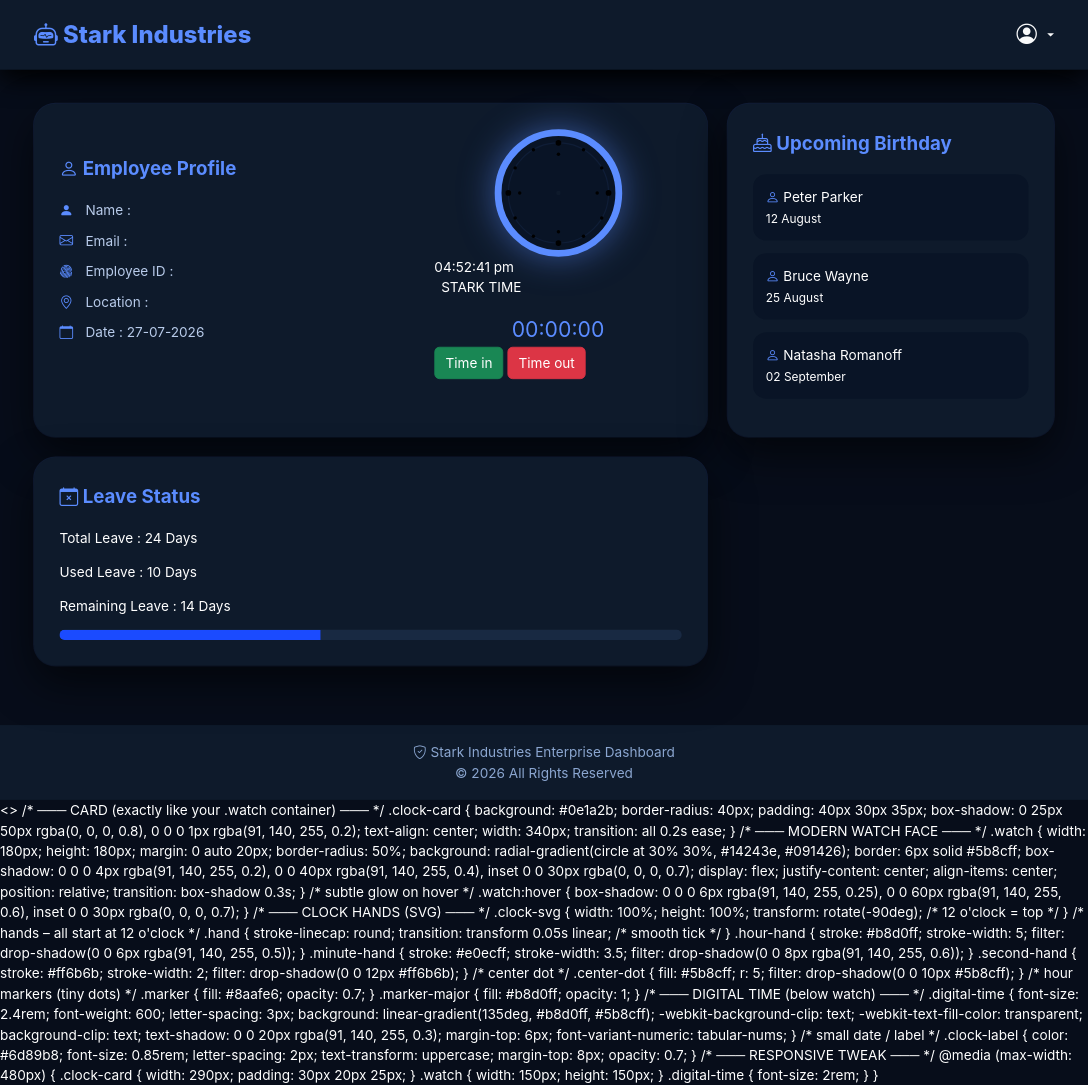
Repository: abhinav050799/office-management-
Page: resources/views/dashboard.blade.php
An editor plug-in stored every save of this project. The page is shown before and after a run of saves, followed by the edit.
The browser window is 1280 px wide. The pictures show the whole page, at 85% of full size.
The page is served by the project's Laravel application, run on PHP 8.4 with Laravel 12. The template is opened directly, without the code that normally fills it, so the values that code supplies are empty.

Above is the page before, as saved 2026-07-27 17:11:34.

After the next 3 saves:
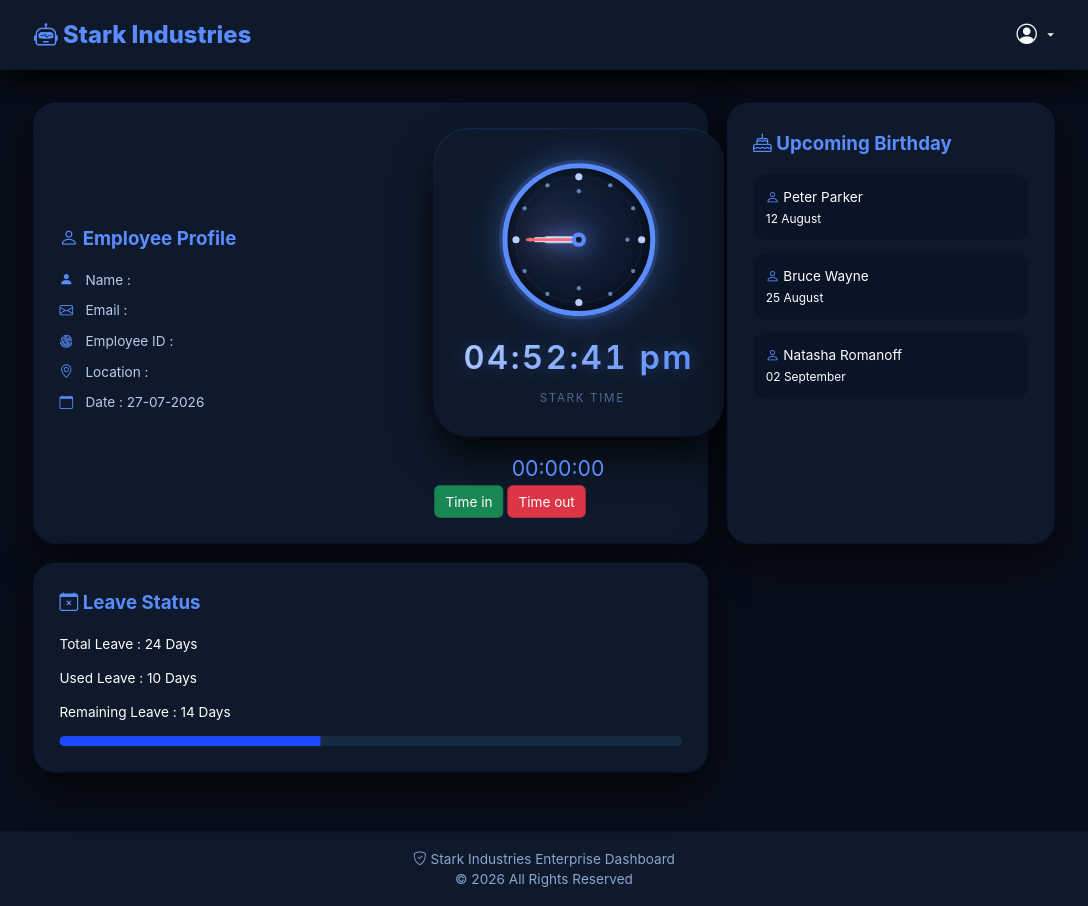
The 3 saves are shown as one change because they came seconds apart.
The last was saved 14 s later.
--- a/resources/views/dashboard.blade.php
+++ b/resources/views/dashboard.blade.php
@@ -349,8 +349,7 @@
     </script>
 
 
-<>
-
+<style>
     /* ─── CARD (exactly like your .watch container) ─── */
     .clock-card {
       background: #0e1a2b;
